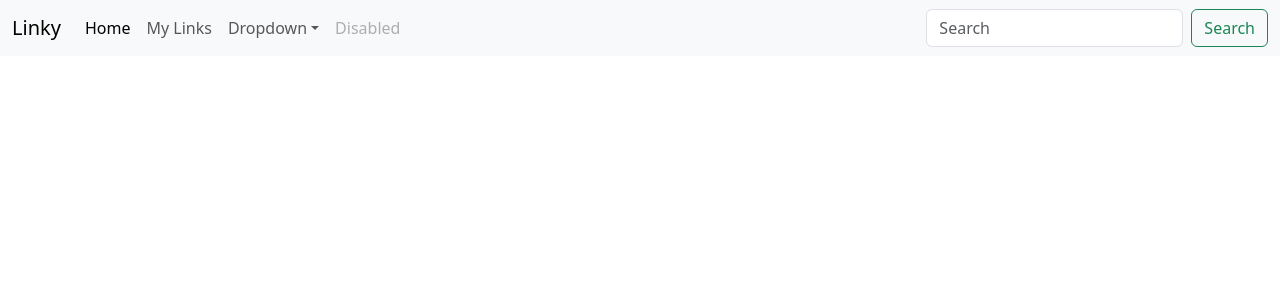
Repository: saramargulies/linktree-app-deploy
Page: / (app in ghi/)
The author's editor kept a copy of each file at every save. The page is drawn from the files as they stood at one save, then again after the next save.
The browser window is 1280 px wide. The pictures show the whole page.
The project was rebuilt for these pictures with package versions that can differ from the ones it lists, and the page was loaded fresh each time. Imported but missing from the stored project, and not drawn on this page: ghi/src/Global/Footer, ghi/src/Home/HomePage.

Above is the page before, as saved 2023-09-28 18:50:45.

After the next save:
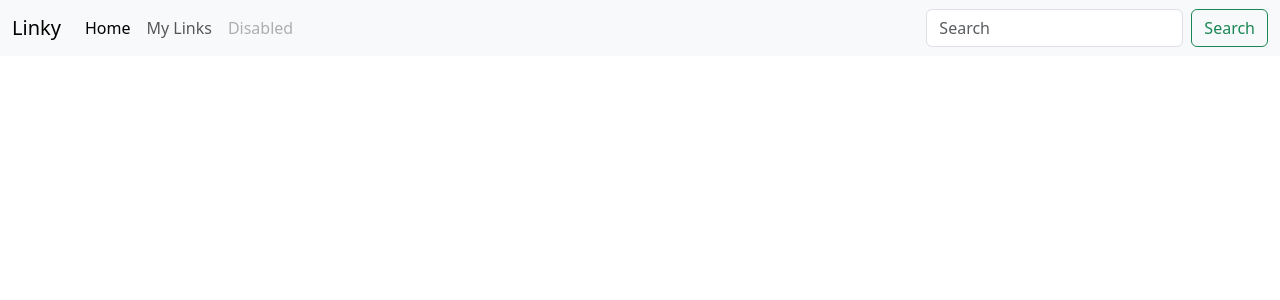
Saved 25 s later.
--- a/ghi/src/Global/NavBar.jsx
+++ b/ghi/src/Global/NavBar.jsx
@@ -32,17 +32,6 @@
                     <li className="nav-item">
                     <Link className="nav-link" href="#">My Links</Link>
                     </li>
-                    <li className="nav-item dropdown">
-                    <Link className="nav-link dropdown-toggle" href="#" role="button" data-bs-toggle="dropdown" aria-expanded="false">
-                        Dropdown
-                    </Link>
-                    <ul className="dropdown-menu">
-                        <li><Link className="dropdown-item" href="#">Action</Link></li>
-                        <li><Link className="dropdown-item" href="#">Another action</Link></li>
-                        <li><hr className="dropdown-divider" /></li>
-                        <li><Link className="dropdown-item" href="#">Something else here</Link></li>
-                    </ul>
-                    </li>
                     <li className="nav-item">
                     <Link className="nav-link disabled" aria-disabled="true">Disabled</Link>
                     </li>
